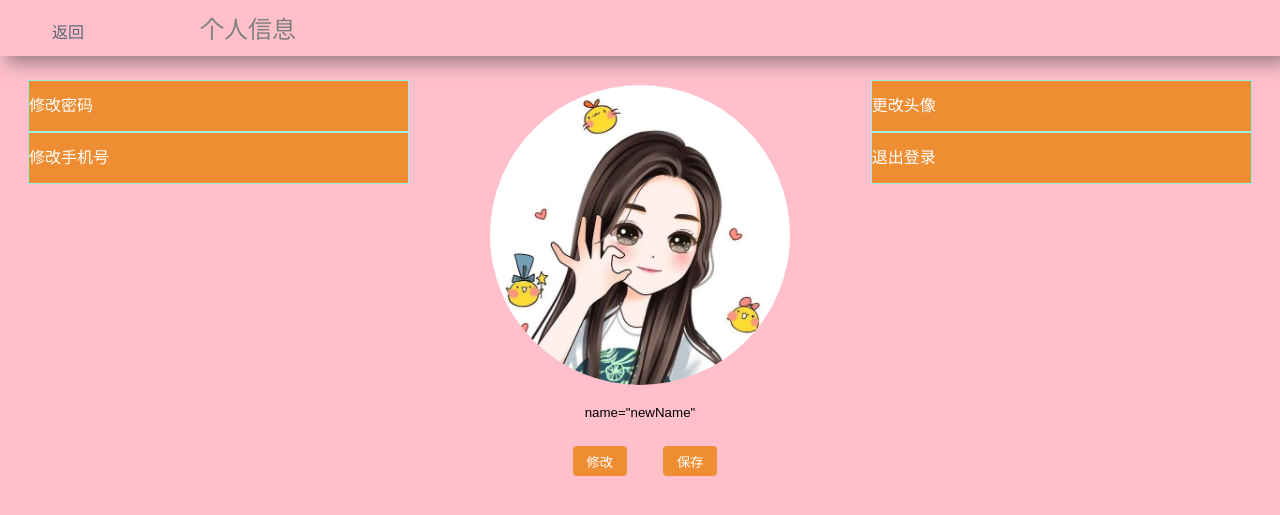
Repository: aaa615/Visualization-of-data-structure-algorithms
Page: http://localhost/dataStructure/main/mine.jsp
An editor plug-in stored every save of this project. The page is shown before and after the next save, followed by the edit.
The browser window is 1280 px wide. The pictures show the whole page.
The page is served by Tomcat 9.

Above is the page before, as saved 2021-05-15 04:28:16.

After the next save:
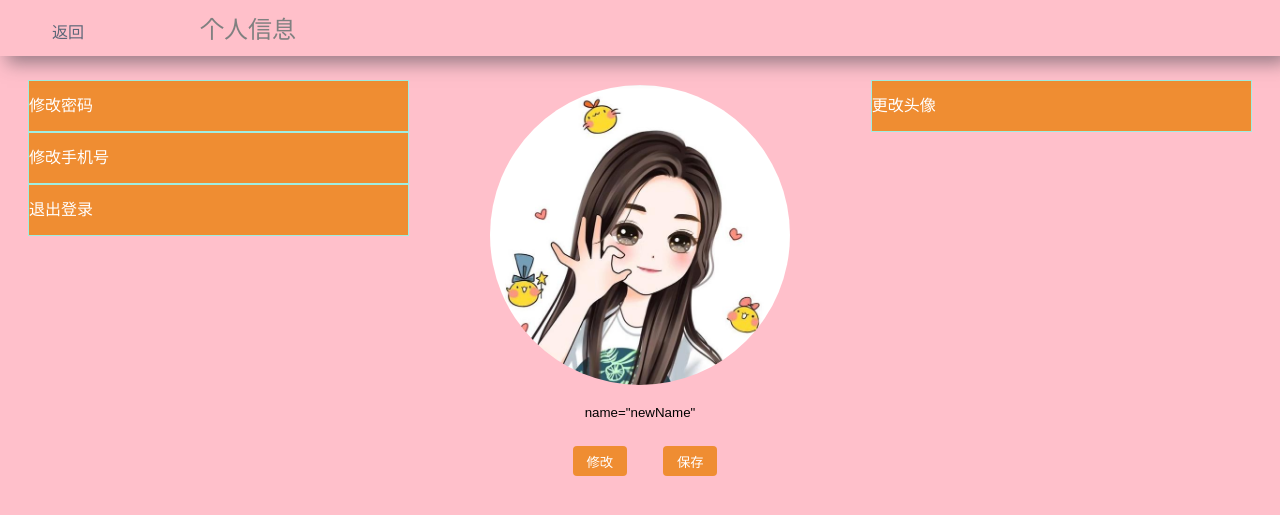
Saved 4 min 59 s later.
--- a/dataStructure/WebContent/main/mine.jsp
+++ b/dataStructure/WebContent/main/mine.jsp
@@ -48,6 +48,9 @@
         <div class="set_div">
             <a href="changePhone.jsp">修改手机号</a>
         </div>
+        <div class="set_div">
+            <a href="cancelLoginAcManageUserAction">退出登录</a>
+        </div>
     </div>
     <div class="username">
       <div class="photo">
@@ -65,9 +68,7 @@
         <div class="set_div">
             <a href="#">更改头像</a>
         </div>
-        <div class="set_div">
-            <a href="cancelLoginAcManageUserAction">退出登录</a>
-        </div>
+
     </div>
 </div>
 <script src="../js/mine.js"></script>
